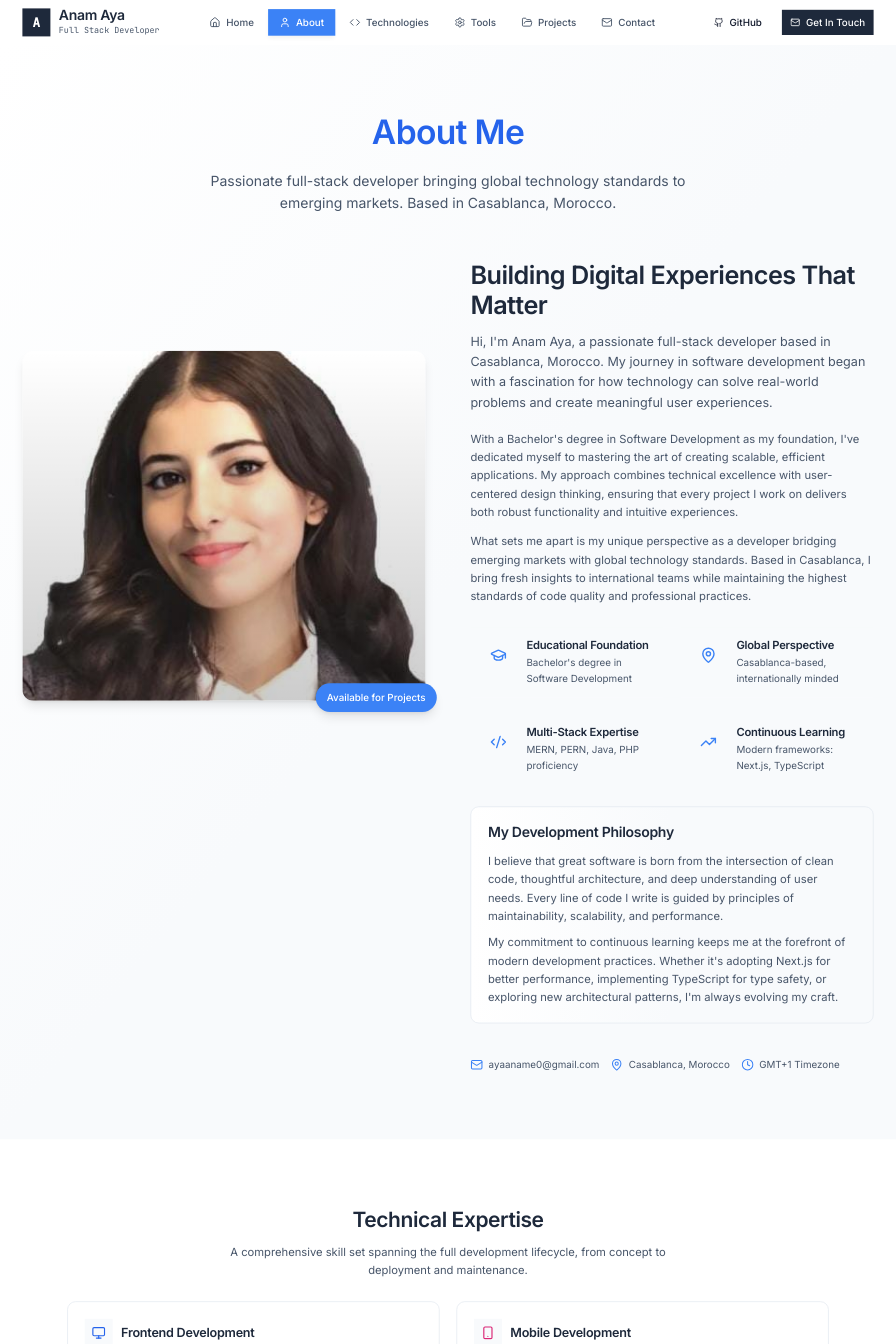
Repository: ayaaas/portflio_aya
Page: /about-me-personal-narrative
The author's editor kept a copy of each file at every save. The page is drawn from the files as they stood at one save, then again after the next save.
The browser window is 1280 px wide. The pictures show the part of the page from y = 0 to 1920 px (the page is 4280 px tall), at 70% of full size.
The project was rebuilt for these pictures with package versions that can differ from the ones it lists, and the page was loaded fresh each time. Also part of the build but not shown: vite.config.mjs, src/components/ErrorBoundary.jsx, src/pages/hero-section-developer-portfolio/components/ProfileImage.jsx, src/pages/hero-section-developer-portfolio/components/AnimatedText.jsx, src/pages/hero-section-developer-portfolio/components/HeroContent.jsx, src/pages/hero-section-developer-portfolio/components/BackgroundPattern.jsx, src/pages/hero-section-developer-portfolio/components/ScrollIndicator.jsx, src/pages/hero-section-developer-portfolio/index.jsx and 23 more.

Above is the page before, as saved 2025-07-20 01:11:33.

After the next save:
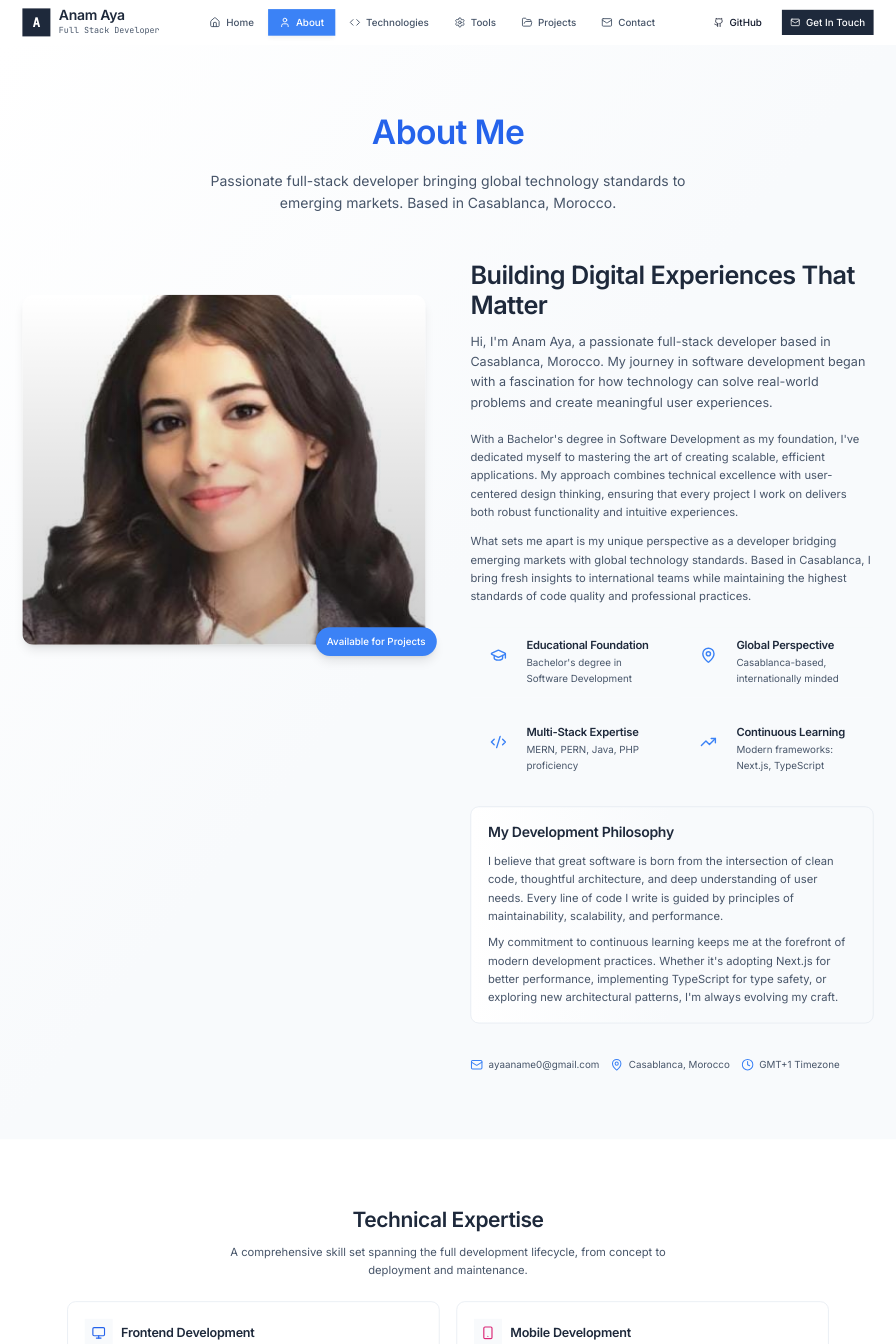
Saved 19 s later.
--- a/src/pages/about-me-personal-narrative/index.jsx
+++ b/src/pages/about-me-personal-narrative/index.jsx
@@ -81,7 +81,7 @@
               </div>
               <div className="grid grid-cols-1 lg:grid-cols-2 gap-12 lg:gap-16 items-center">
   {/* Profile Image */}
-  <div className="order-2 lg:order-1" style={{ marginTop: '-25rem' }}>
+  <div className="order-2 lg:order-1" style={{ marginTop: '-35rem' }}>
     <ProfileImage />
   </div>
 
@@ -90,6 +90,7 @@
     <PersonalStory />
   </div>
 </div>
+
 
             </div>
           </section>

After the 3 saves that followed:
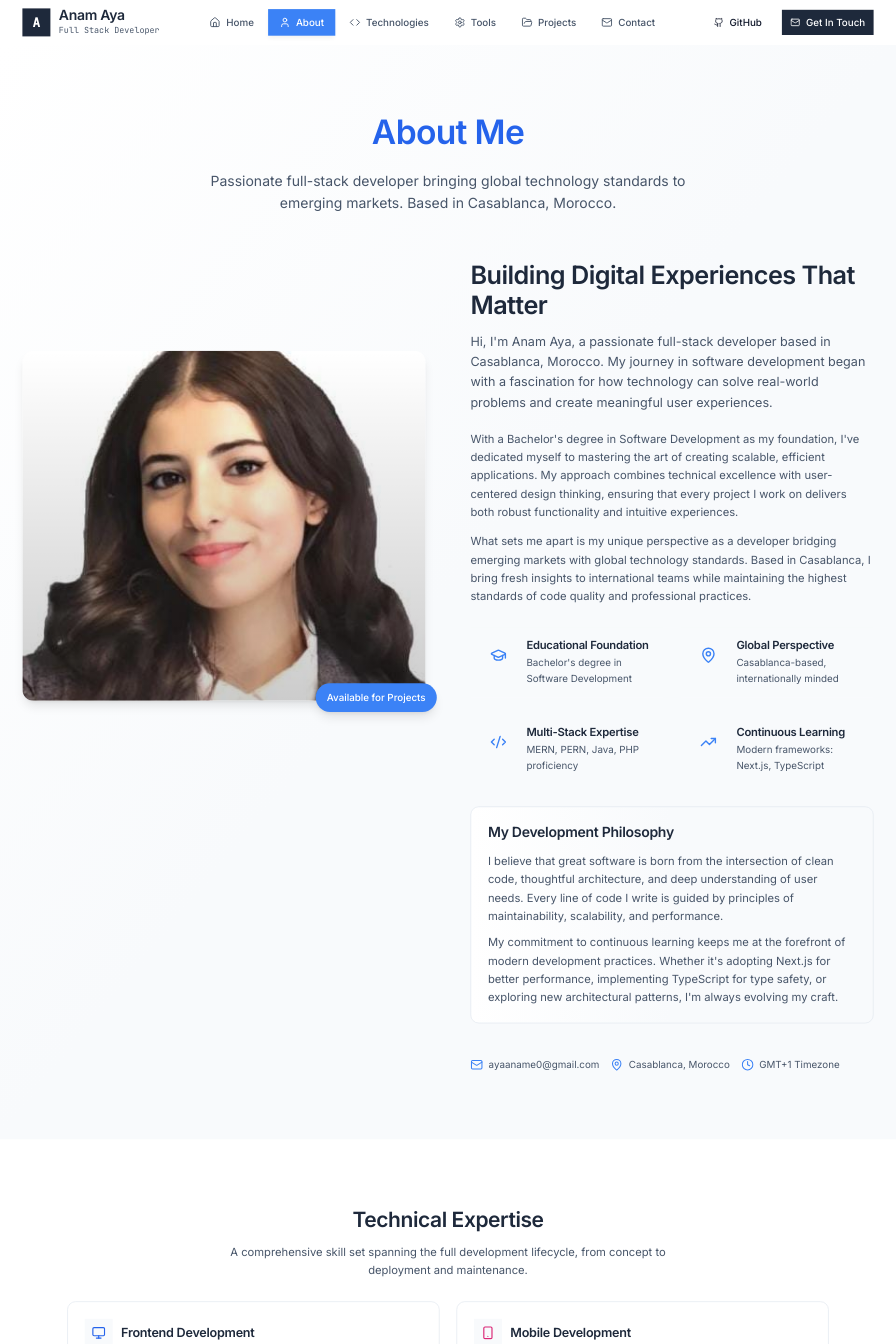
The 3 saves are shown as one change because they came seconds apart.
The last was saved 29 s later.
--- a/src/pages/about-me-personal-narrative/index.jsx
+++ b/src/pages/about-me-personal-narrative/index.jsx
@@ -81,7 +81,7 @@
               </div>
               <div className="grid grid-cols-1 lg:grid-cols-2 gap-12 lg:gap-16 items-center">
   {/* Profile Image */}
-  <div className="order-2 lg:order-1" style={{ marginTop: '-35rem' }}>
+  <div className="order-2 lg:order-1" style={{ marginTop: '-25rem' }}>
     <ProfileImage />
   </div>
 
@@ -90,7 +90,6 @@
     <PersonalStory />
   </div>
 </div>
-
 
             </div>
           </section>
